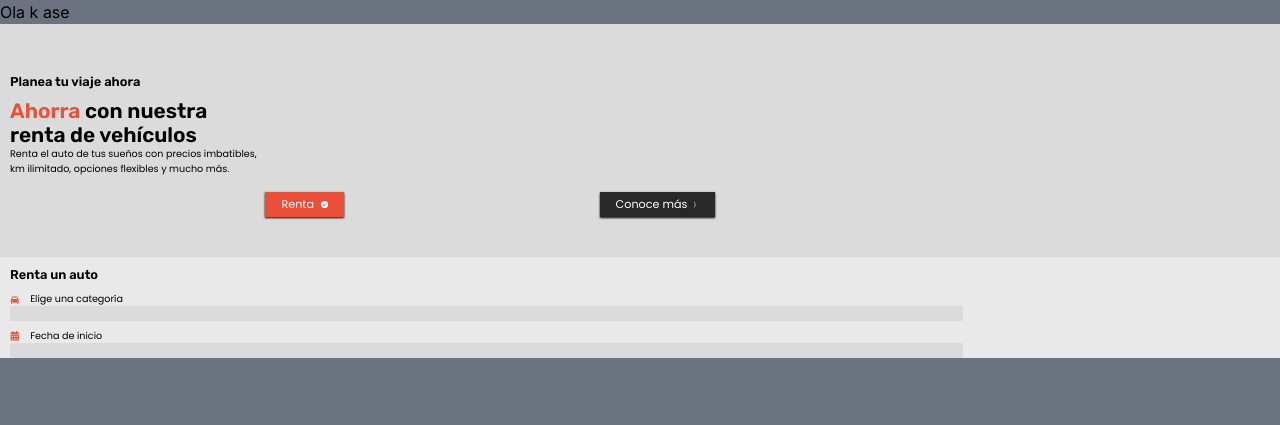
Repository: aldovelacasas/PF_RentCar2
Page: /homePage
An editor plug-in stored every save of this project. The page is shown before and after the next save, followed by the edit.
The browser window is 1280 px wide. The pictures show the whole page.
The project was rebuilt for these pictures with package versions that can differ from the ones it lists, and the page was loaded fresh each time. Some packages were replaced by stand-ins written for this rebuild. The framework's server and built-in components were replaced by stand-ins that run in the browser. Also part of the build but not shown: next.config.js.

Above is the page before, as saved 2023-08-29 20:00:56.

After the next save:
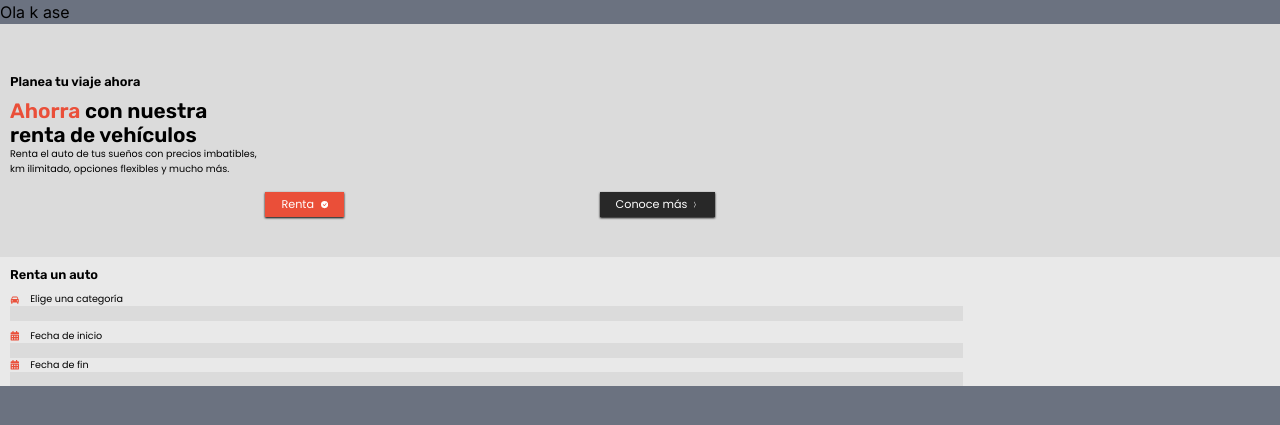
Saved 53 s later.
--- a/src/app/homePage/page.jsx
+++ b/src/app/homePage/page.jsx
@@ -58,7 +58,13 @@ function HomePage() {
           inicio
         </label>
         <br />
-        <input className="bg-gris_fondo w-3/4" name="fechaInicio" />
+        <input className="bg-gris_fondo w-3/4" name="fechaFin" /> <br />
+        <label htmlFor="fechaFin" className="">
+          <FaCalendarAlt className="inline text-naranja_enf mr-2" /> Fecha de
+          fin
+        </label>
+        <br />
+        <input className="bg-gris_fondo w-3/4" name="fechaFin" />
       </form>
     </>
   );
